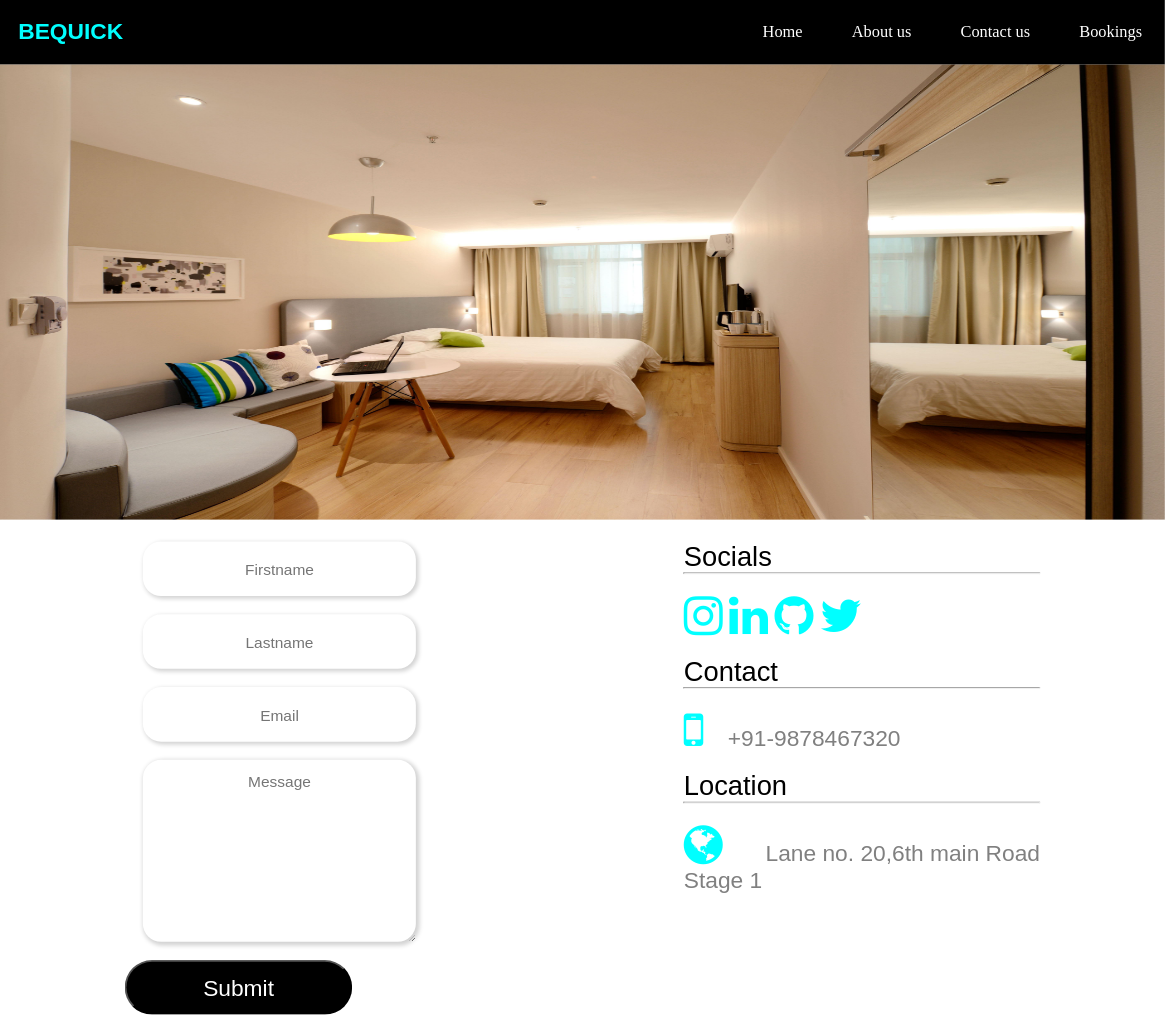
Repository: Ayushi6Sharma/BEQUICK_Hotel_Booking_Web
Page: about.html
An editor plug-in stored every save of this project. The page is shown before and after the next save, followed by the edit.
The browser window is 1280 px wide. The pictures show the whole page, at 91% of full size.

Above is the page before, as saved 2022-05-10 01:09:45.

After the next save:
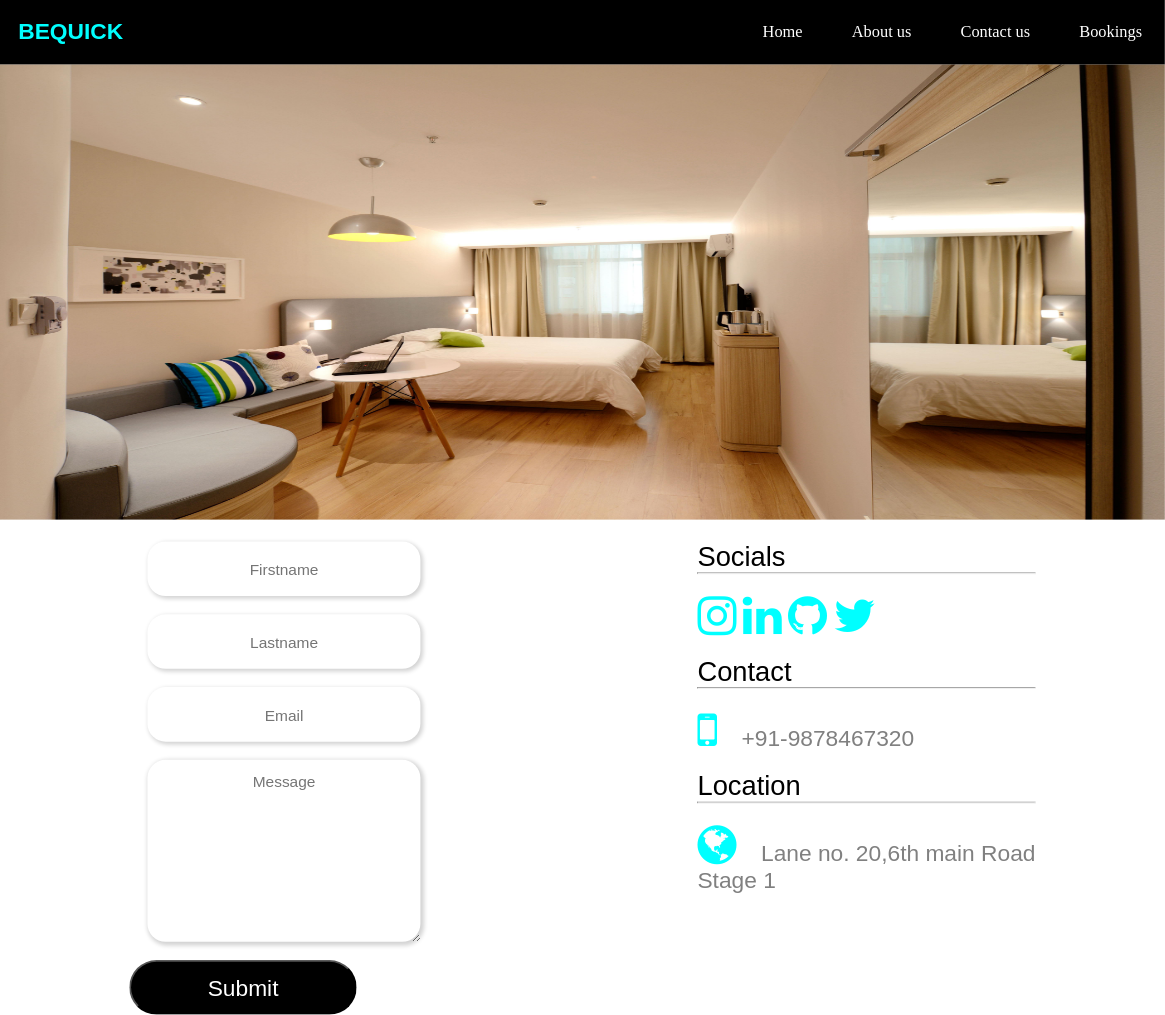
Saved 17 s later.
--- a/style/aboutstyle.css
+++ b/style/aboutstyle.css
@@ -86,5 +86,5 @@ textarea
 }
 .about-location-content
 {
-    padding: 40px;
+    padding: 20px;
 }
